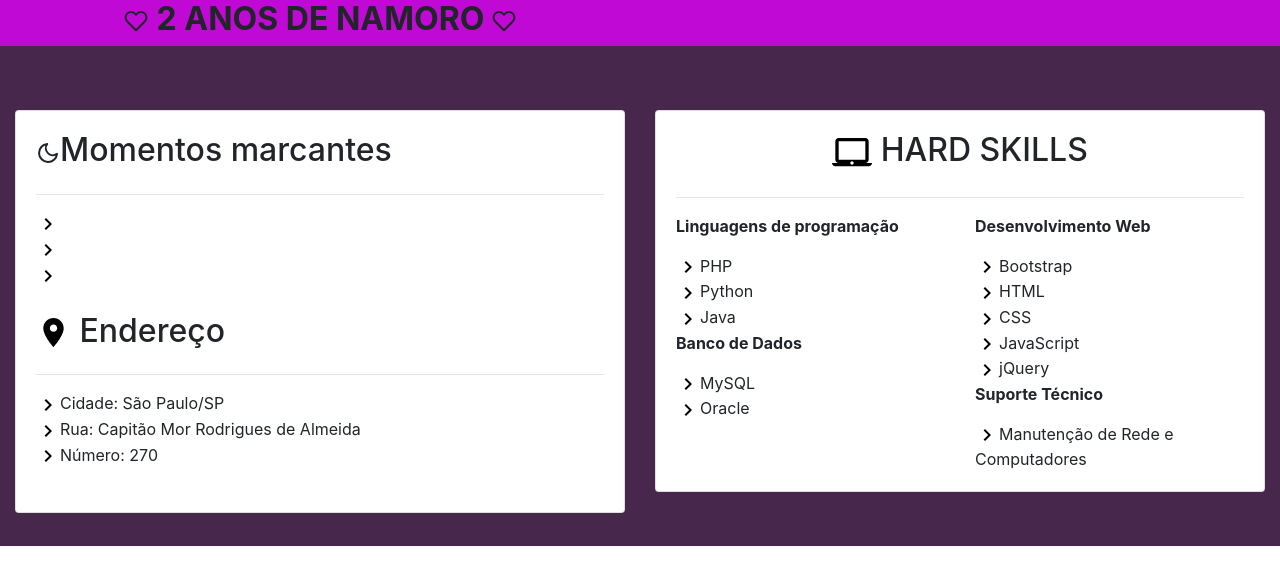
Repository: MeuAmor/meuamor.github.io
Page: index.html
An editor plug-in stored every save of this project. The page is shown before and after the next save, followed by the edit.
The browser window is 1280 px wide. The pictures show the whole page.

Above is the page before, as saved 2019-08-19 23:31:59.

After the next save:
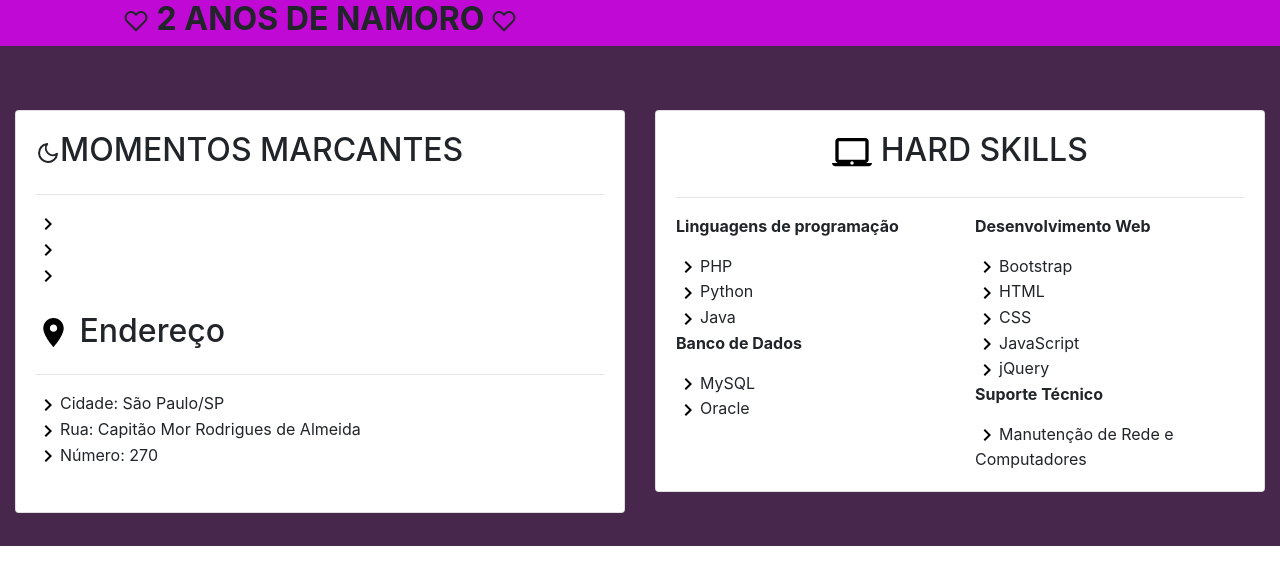
Saved 14 s later.
--- a/index.html
+++ b/index.html
@@ -62,7 +62,7 @@
 	<div class="col-md-6" style="margin-top: 5%;">
 		<div class="card card-body">
                 <h2> <svg xmlns="http://www.w3.org/2000/svg" width="24" height="24" viewBox="0 0 24 24" fill="none" stroke="currentColor" stroke-width="2" stroke-linecap="round" stroke-linejoin="round" class="feather feather-moon">
-                    <path d="M21 12.79A9 9 0 1 1 11.21 3 7 7 0 0 0 21 12.79z"/></svg>Momentos marcantes</h2>
+                    <path d="M21 12.79A9 9 0 1 1 11.21 3 7 7 0 0 0 21 12.79z"/></svg>MOMENTOS MARCANTES</h2>
 				<hr>
 					<div>
 
